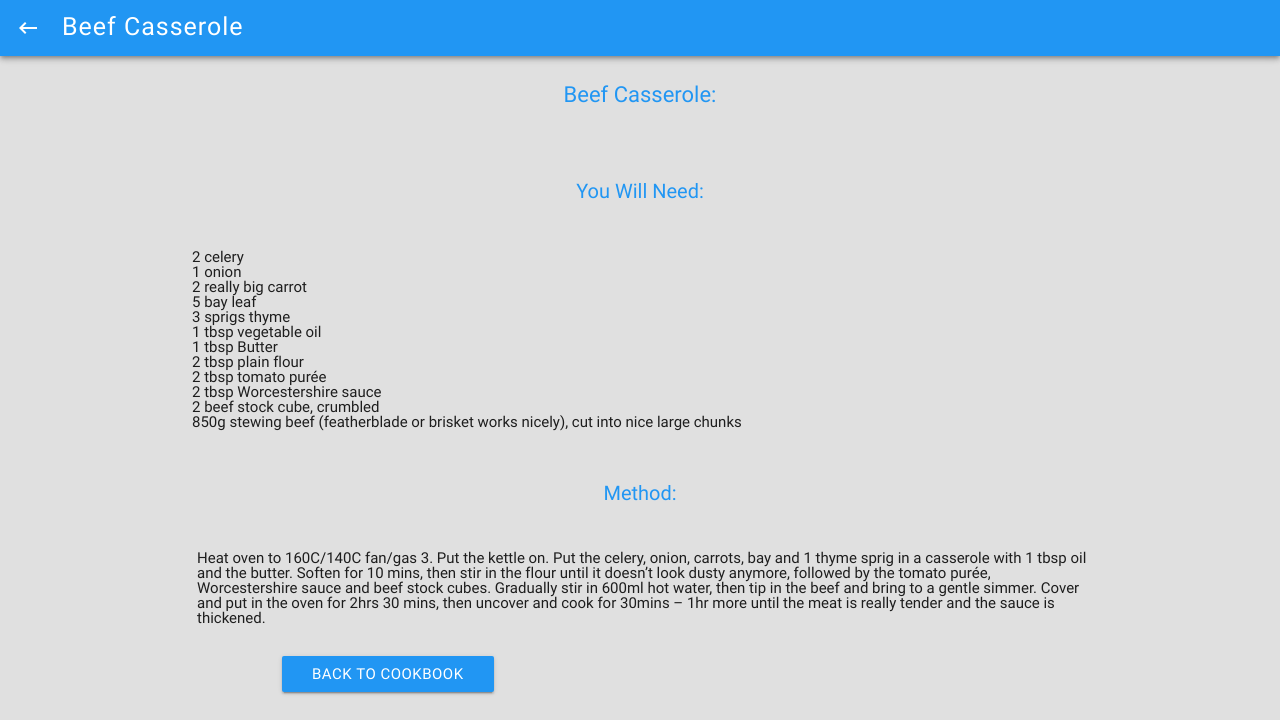
Repository: mattmoloney/vitae-2.0
Page: http://localhost/recipes/drink_recipies/drrecipie4.php
The author's editor kept a record of every edit. The page is drawn from the files as they stood at one moment, then again after the next edit.
The browser window is 1280 px wide. The pictures show the whole page.
The page is run by PHP 8.4 with error messages shown; the project is at /var/www/html/.

Above is the page before.

After the next edit:
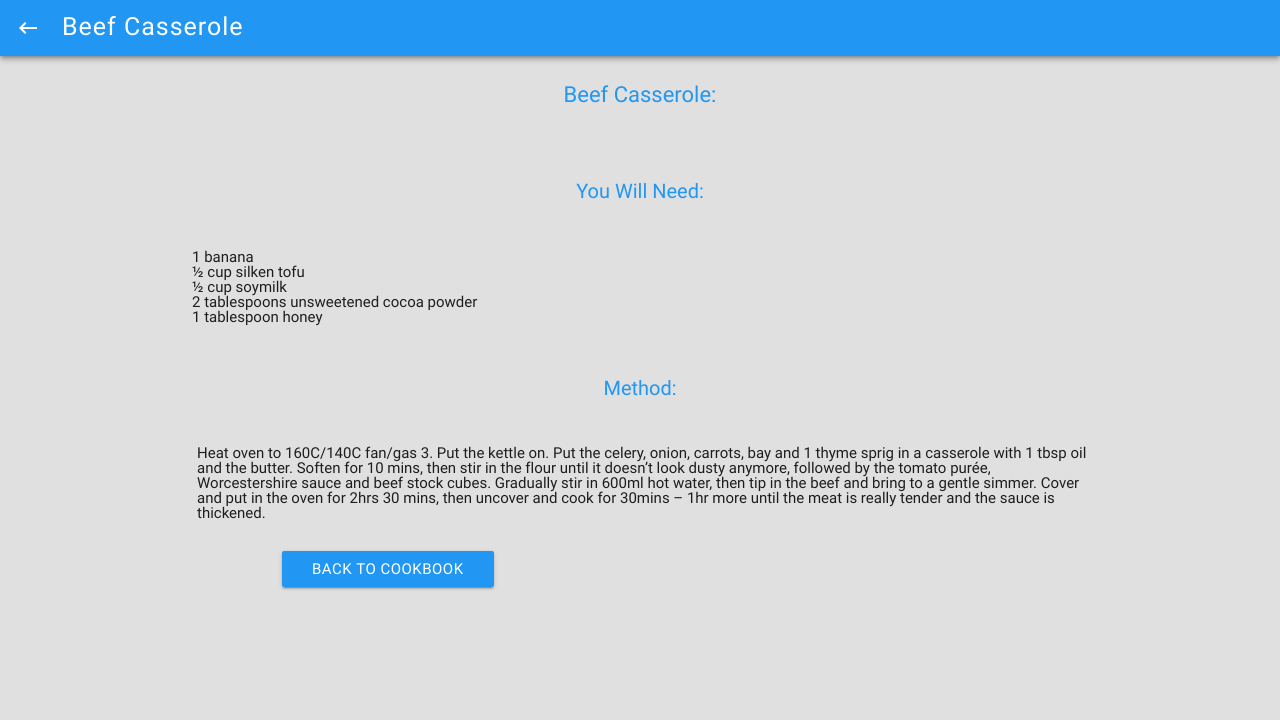
The edit:
--- a/recipes/drink_recipies/drrecipie4.php
+++ b/recipes/drink_recipies/drrecipie4.php
@@ -42,18 +42,11 @@
                 <br>
                 <br>
                 <ul id="ingredience">
-                    <li>2 celery</li>
-                    <li>1 onion</li>
-                    <li>2 really big carrot</li>
-                    <li>5 bay leaf</li>
-                    <li>3 sprigs thyme</li>
-                    <li>1 tbsp vegetable oil</li>
-                    <li>1 tbsp Butter</li>
-                    <li>2 tbsp plain flour</li>
-                    <li>2 tbsp tomato purée</li>
-                    <li>2 tbsp Worcestershire sauce</li>
-                    <li>2 beef stock cube, crumbled</li>
-                    <li>850g stewing beef (featherblade or brisket works nicely), cut into nice large chunks</li>
+                    <li>1 banana</li>
+                    <li>½ cup silken tofu</li>
+                    <li>½ cup soymilk</li>
+                    <li>2 tablespoons unsweetened cocoa powder</li>
+                    <li>1 tablespoon honey</li>
                 </ul>
                 <br>
                 <br>
